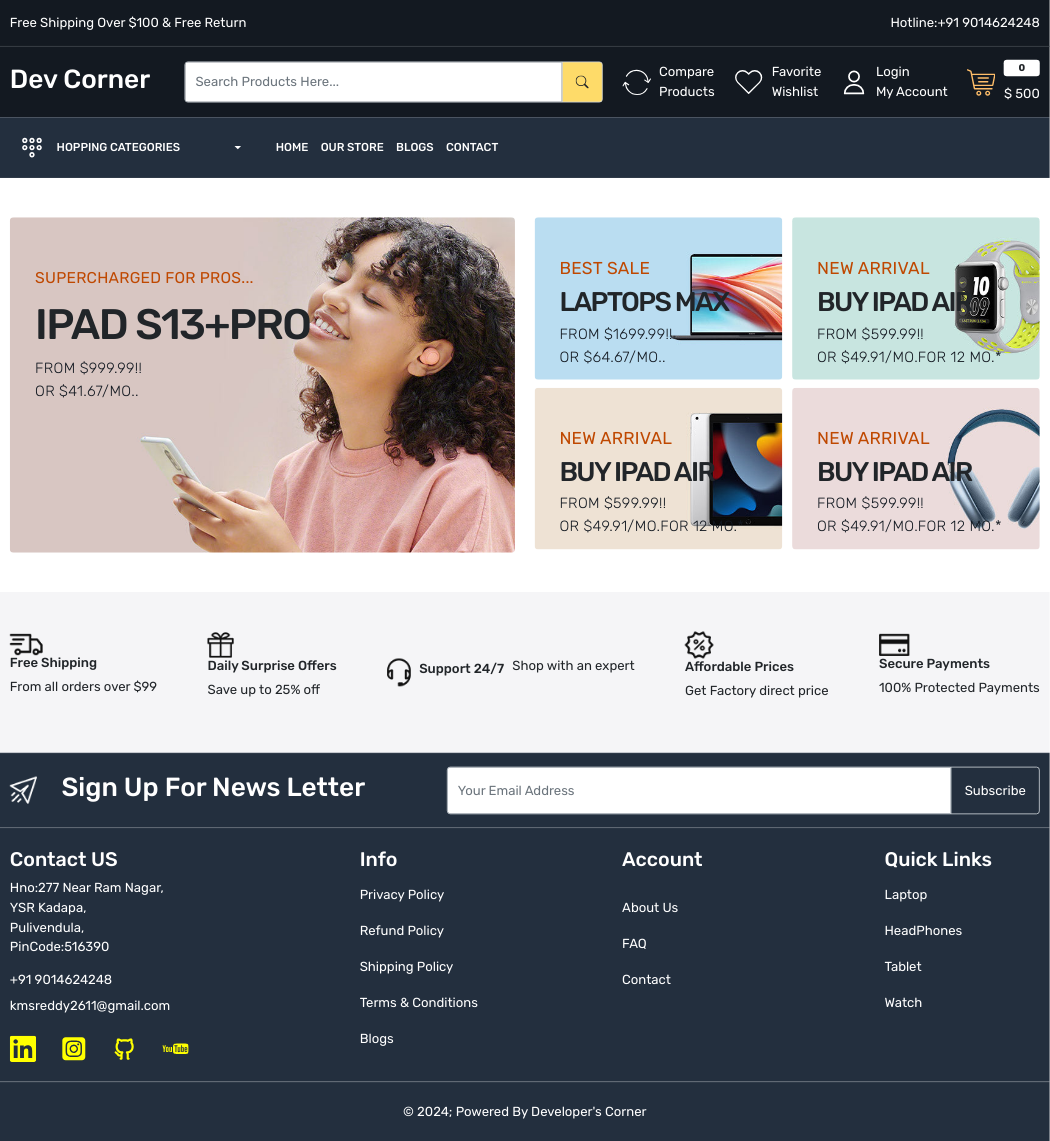
Repository: maniheist/ecommerce-app
Page: /
The author's editor kept a copy of each file at every save. The page is drawn from the files as they stood at one save, then again after the next save.
The browser window is 1280 px wide. The pictures show the whole page, at 82% of full size.
The project was rebuilt for these pictures with package versions that can differ from the ones it lists, and the page was loaded fresh each time. Also part of the build but not shown: src/pages/About.js, src/pages/Contact.js.

Above is the page before, as saved 2024-02-18 19:19:48.

After the next save:
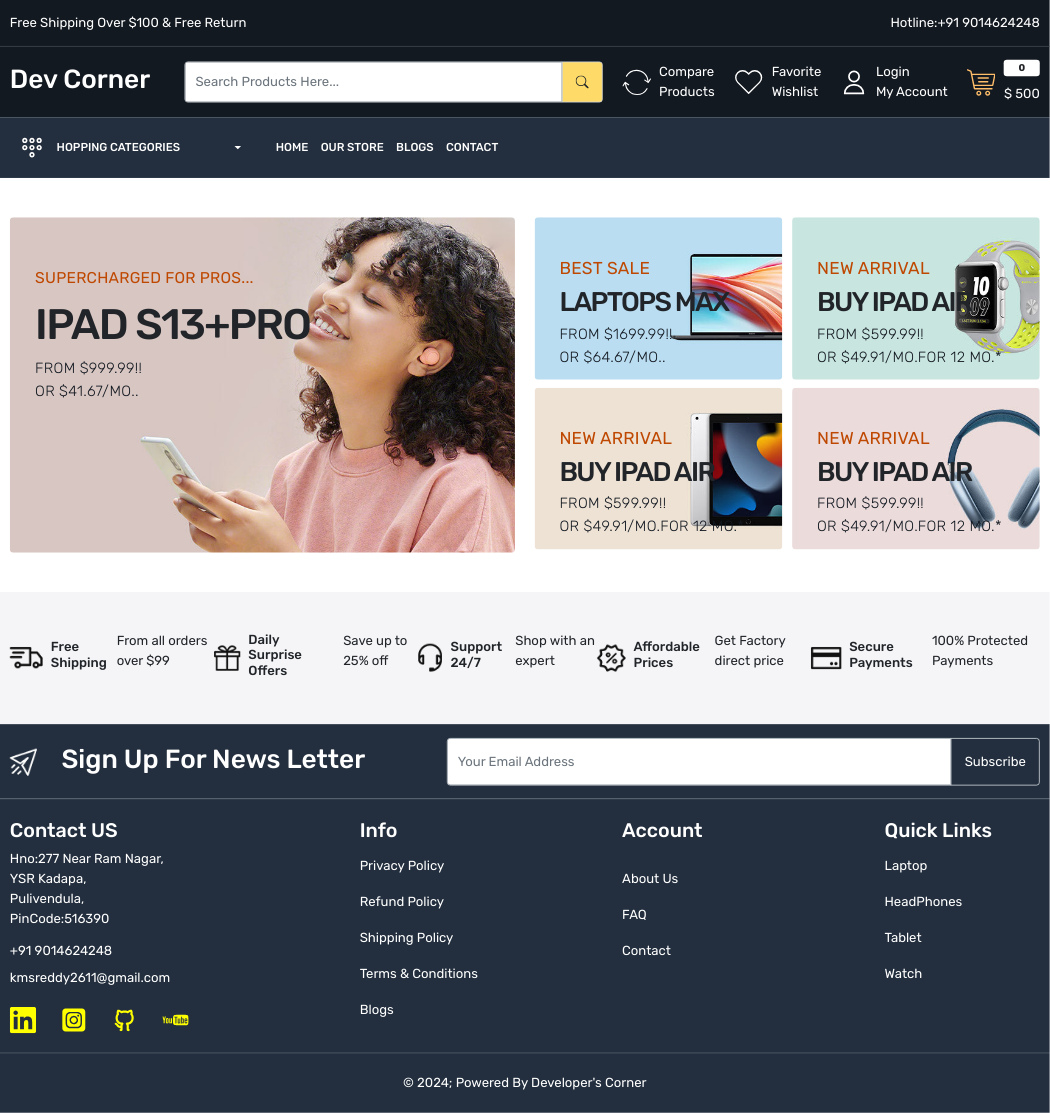
Saved 27 s later.
--- a/src/pages/Home.js
+++ b/src/pages/Home.js
@@ -69,11 +69,11 @@
         <div className='row'>
           <div className='col-12'>
             <div className='services d-flex align-items-center justify-content-between'>
-            <div><img src="images/service.png" alt="services" />
+            <div className='d-flex align-items-center gap-10'><img src="images/service.png" alt="services" />
             <h6>Free Shipping</h6>
             <p>From all orders over $99</p>
             </div>
-            <div><img src="images/service-02.png" alt="services" />
+            <div className='d-flex align-items-center gap-10'><img src="images/service-02.png" alt="services" />
             <h6>Daily Surprise Offers</h6>
             <p>Save up to 25% off</p>
             </div>
@@ -81,11 +81,11 @@
             <h6>Support 24/7</h6>
             <p>Shop with an expert</p>
             </div>
-            <div><img src="images/service-04.png" alt="services" />
+            <div className='d-flex align-items-center gap-10'><img src="images/service-04.png" alt="services" />
             <h6>Affordable Prices</h6>
             <p>Get Factory direct price</p>
             </div>
-            <div><img src="images/service-05.png" alt="services" />
+            <div className='d-flex align-items-center gap-10'><img src="images/service-05.png" alt="services" />
             <h6>Secure Payments</h6>
             <p>100% Protected Payments</p>
             </div>
